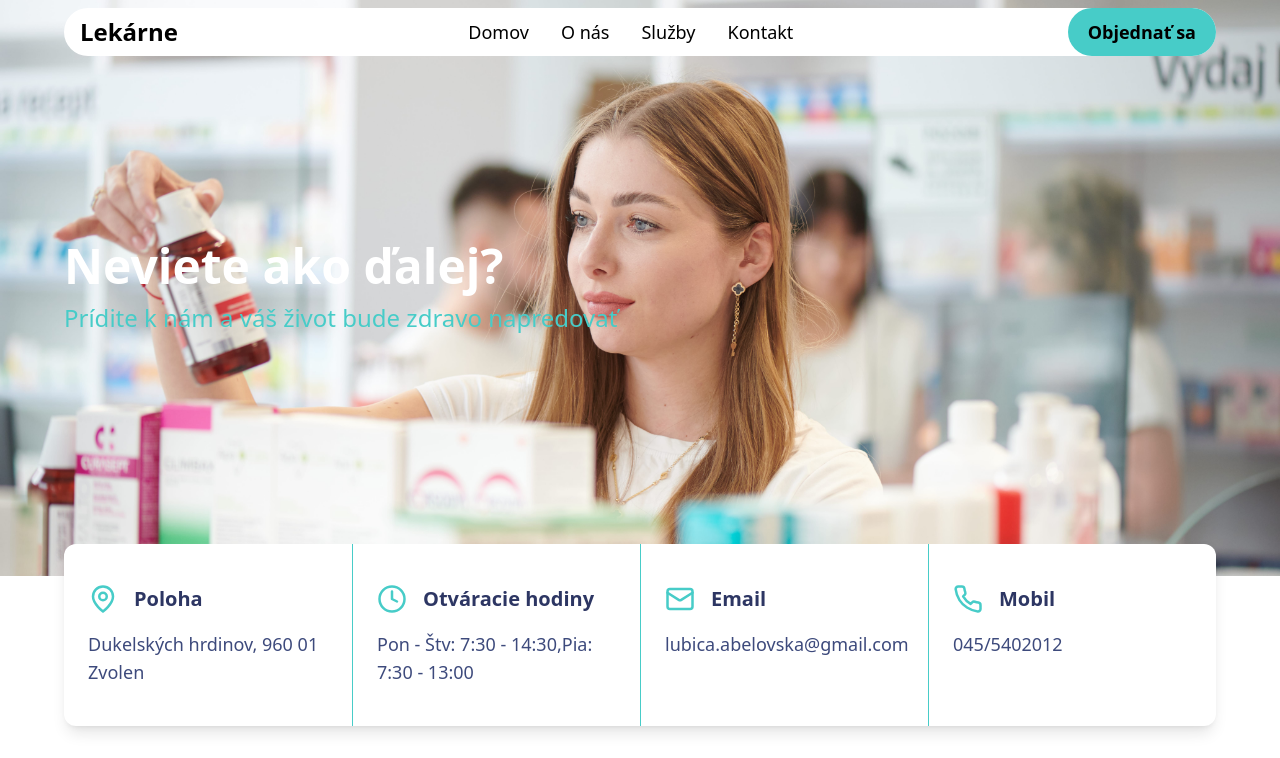
Repository: SimonSkoda13/Lekaren
Page: /
The author's editor kept a copy of each file at every save. The page is drawn from the files as they stood at one save, then again after the next save.
The browser window is 1280 px wide. The pictures show the whole page.
The project was rebuilt for these pictures with package versions that can differ from the ones it lists, and the page was loaded fresh each time. The framework's server and built-in components were replaced by stand-ins that run in the browser. Also part of the build but not shown: next.config.js.

Above is the page before, as saved 2023-04-22 18:54:29.

After the next save:
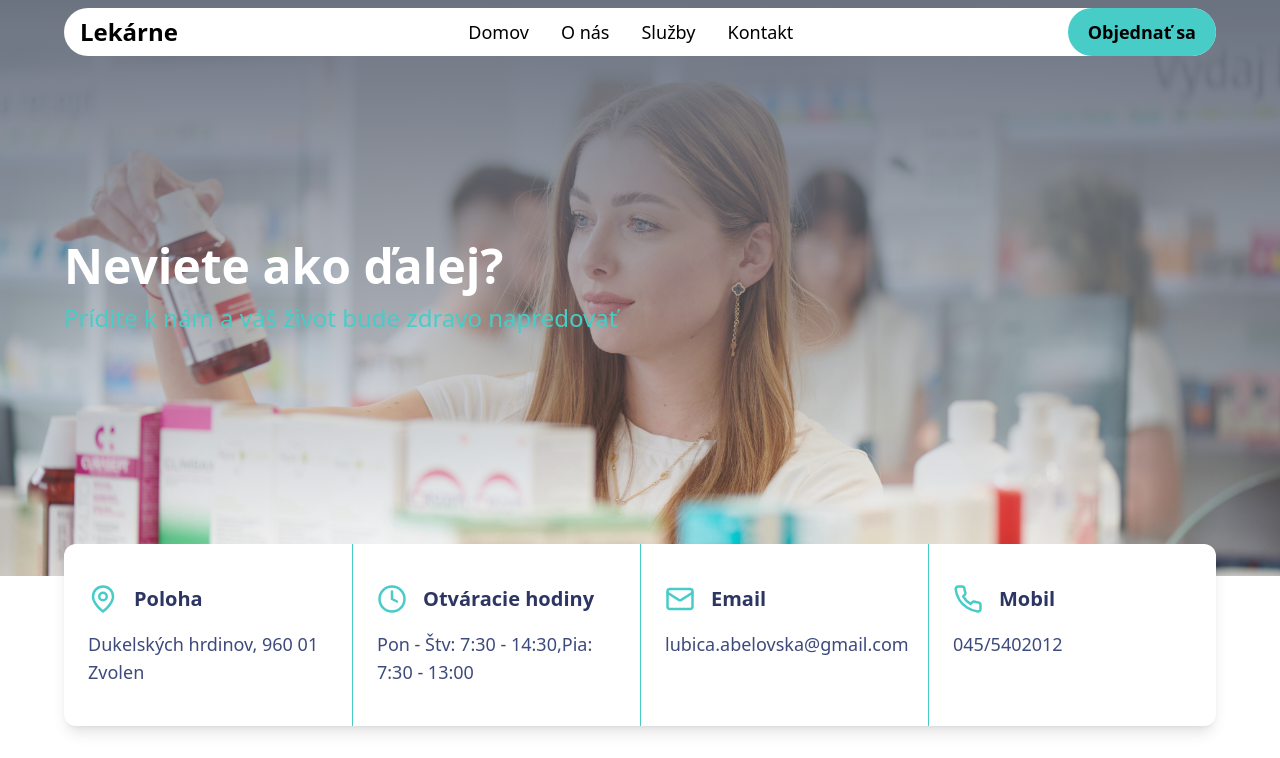
Saved 27 s later.
--- a/src/app/components/HomeHero/ImageGradient/ImageGradient.tsx
+++ b/src/app/components/HomeHero/ImageGradient/ImageGradient.tsx
@@ -7,8 +7,8 @@ export interface ImageGradientProps {
 export const ImageGradient = (props: ImageGradientProps) => {
   const { children } = props;
   return (
-    <div className="relative w-full h-full bg-gradient-to-b from-gray-500 overflow-hidden z-10">
-      <div className="absolute inset-0 z-10"></div>
+    <div className="relative w-full h-full overflow-hidden z-10">
+      <div className="absolute inset-0 z-10 bg-gradient-to-b from-gray-500"></div>
       {children}
     </div>
   );
